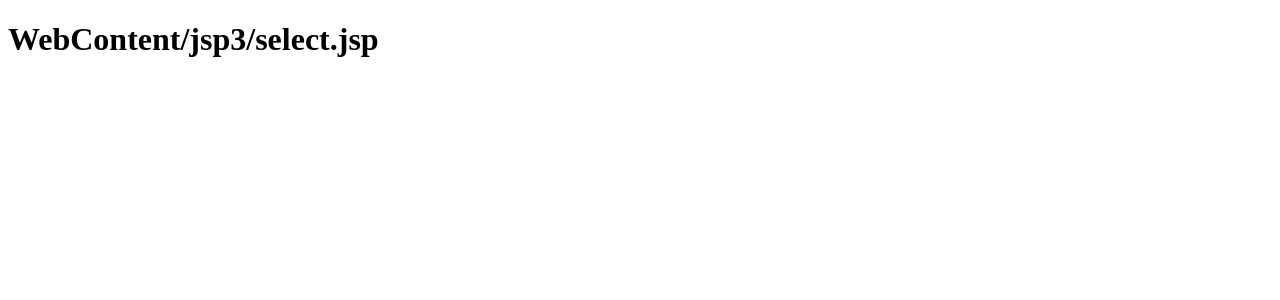
Repository: ReadStar/workspace_jsp
Page: http://localhost/StudyJSP/jsp3/select.jsp
The author's editor kept a copy of each file at every save. The page is drawn from the files as they stood at one save, then again after the next save.
The browser window is 1280 px wide. The pictures show the whole page.
The page is served by Tomcat 9.

Above is the page before, as saved 2020-08-25 01:32:54.

After the next save:
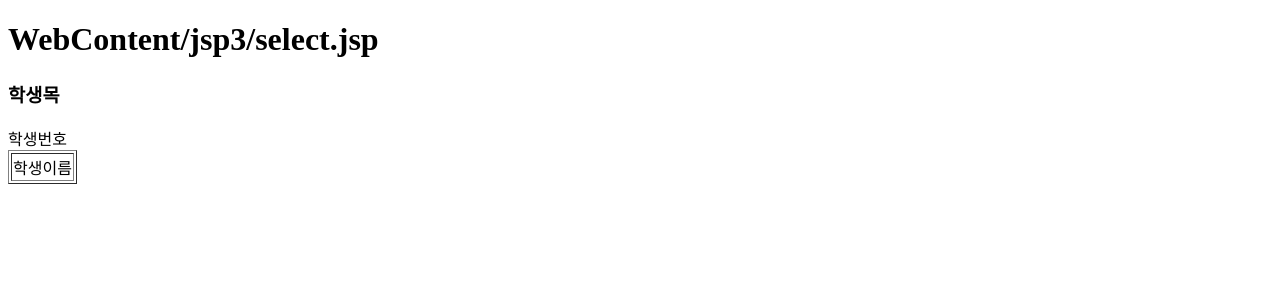
Saved 101 s later.
--- a/StudyJSP/WebContent/jsp3/select.jsp
+++ b/StudyJSP/WebContent/jsp3/select.jsp
@@ -8,6 +8,10 @@
 </head>
 <body>
 <h1>WebContent/jsp3/select.jsp</h1>
+<h3>학생목</h3>
+<table border="1">
+<tr><tb>학생번호</tb><td>학생이름</td></tr>
 
+</table>
 </body>
 </html>
